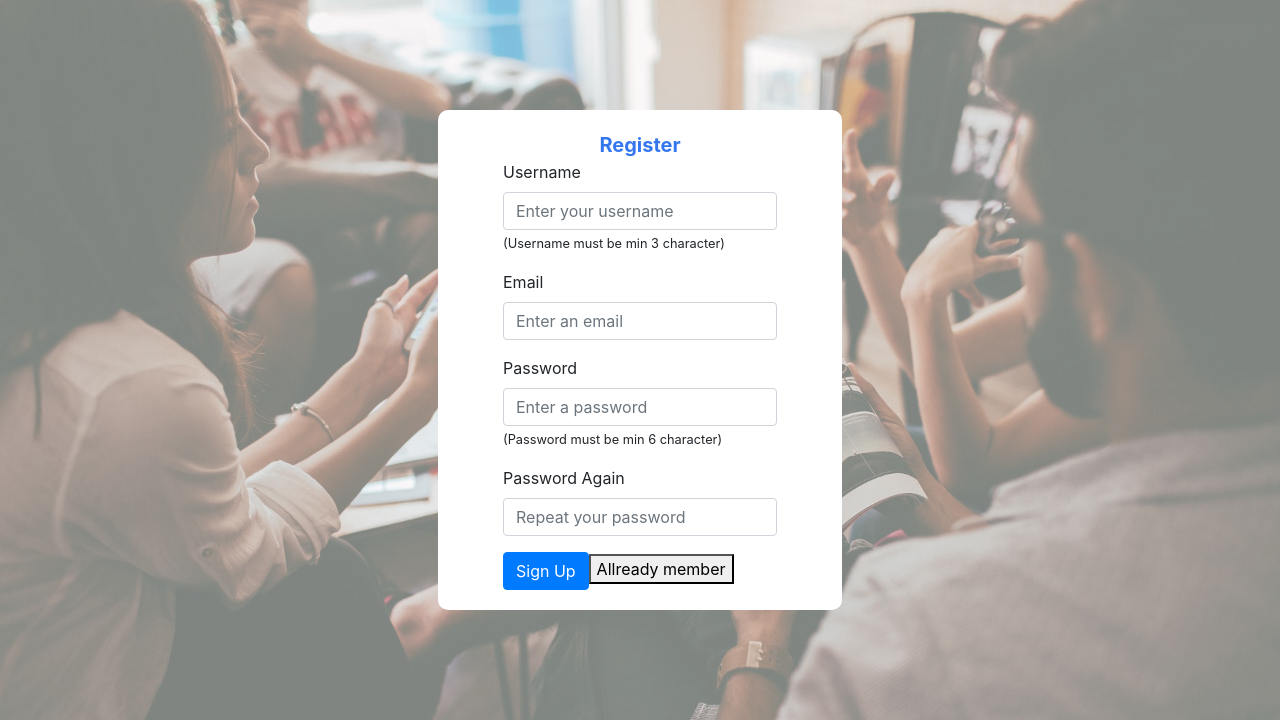
Repository: arafat877/super-chat
Page: /#/register
An editor plug-in stored every save of this project. The page is shown before and after the next save, followed by the edit.
The browser window is 1280 px wide. The pictures show the whole page.
The project was rebuilt for these pictures with package versions that can differ from the ones it lists, and the page was loaded fresh each time. Also part of the build but not shown: src/App.scss, src/pages/login/Login.scss, src/pages/login/Login.js, src/pages/chat/Chat.scss, src/pages/chat/Chat.js, src/pages/profile/Profile.js.

Above is the page before, as saved 2020-08-07 20:50:01.

### public/index.html
<!DOCTYPE html>
<html lang="en">
  <head>
    <meta charset="utf-8" />
    <meta name="viewport" content="width=device-width, initial-scale=1" />
    <meta name="theme-color" content="#000000" />
    <meta
      name="description"
      content="Chat application with node.js, express, react.js, mongoDb and socket.io"
    />
    <link rel="stylesheet" href="styles.css" />
    <link
      rel="stylesheet"
      href="https://maxcdn.bootstrapcdn.com/bootstrap/4.5.0/css/bootstrap.min.css"
      integrity="sha384-9aIt2nRpC12Uk9gS9baDl411NQApFmC26EwAOH8WgZl5MYYxFfc+NcPb1dKGj7Sk"
      crossorigin="anonymous"
    />
    <link
      href="https://fonts.googleapis.com/css2?family=Roboto:wght@100;300;400;500;700;900&display=swap"
      rel="stylesheet"
    />

    <title>Super Chat</title>
  </head>
  <body>
    <noscript>You need to enable JavaScript to run this app.</noscript>
    <div id="root"></div>
  </body>
</html>

### src/App.js
import React, { useContext } from "react";
import {
  HashRouter as Router,
  Route,
  Switch,
  Redirect,
} from "react-router-dom";
import "./App.scss";
import Register from "./pages/register/Register";
import Login from "./pages/login/Login";
import Chat from "./pages/chat/Chat";
import Profile from "./pages/profile/Profile";
import { AuthContextProvider, AuthContext } from "./context/auth/AuthContex";

function App() {
  const { currentUser } = useContext(AuthContext);

  return (
    <AuthContextProvider>
      <Router>
        <Switch>
          <Route exact path={"/"}>
            {currentUser.token === null ? <Register /> : <Chat />}
          </Route>
          <Route path={"/register"}>
            {currentUser.token === null ? <Register /> : <Redirect to="/" />}
          </Route>
          <Route path={"/login"}>
            {currentUser.token === null ? <Login /> : <Redirect to="/" />}
          </Route>
          <Route path={"/chat"}>
            {currentUser.token === null ? <Login /> : <Chat />}
          </Route>
          <Route path={"/profile/:username"}>
            <Profile />
          </Route>
          <Redirect from="*" to="/" />
        </Switch>
      </Router>
    </AuthContextProvider>
  );
}

export default App;

### src/pages/register/Register.js
import React, { useState, useContext } from "react";
import "./Register.scss";
import FormInput from "../../components/formInput/FormInput";
import { AuthContext } from "../../context/auth/AuthContex";
import {registerUser} from "../../apiCalls/authApiCalls";

const Register = () => {
  const [form, setForm] = useState({
    name: "",
    email: "",
    password: "",
  });

  const [validationErrors, setValidationErrors] = useState({
    name: "",
    email: "",
    password: "",
    passwordAgain: "",
  });


  const { isFetching, error, dispatch } = useContext(AuthContext);

  const onChange = (event) => {
    const { name, value } = event.target;
    setForm((previousForm) => ({ ...previousForm, [name]: value }));
  };

  const handleConfirmPassword = (event) => {
    if (event.target.value !== form.password) {
      setValidationErrors({ ...validationErrors, passwordAgain: "Passwords do not match!" });
    } else {
      setValidationErrors({ ...validationErrors, passwordAgain: "" });
    }
  };

  const {name,email,password} = form

  const handleSend = (e) => {
    e.preventDefault();
    registerUser({name,email,password},dispatch)
  };

  return (
    <div className="registerContainer vh-100 d-flex">
      <div className="container appWrapper1 m-auto">
        <div className="row justify-content-center">
          <span className="title">Register</span>
        </div>
        <div className="row justify-content-center">
          <form>
            <FormInput
              label="Username"
              type="text"
              name="name"
              onChange={onChange}
              placeholder="Enter your username"
              small="Username must be min 3 character"
              error={validationErrors.name}
            />
            <FormInput
              label="Email"
              type="email"
              name="email"
              onChange={onChange}
              placeholder="Enter an email"
              error={validationErrors.email}
            />
            <FormInput
              label="Password"
              type="password"
              name="password"
              onChange={onChange}
              placeholder="Enter a password"
              small="Password must be min 6 character"
              error={validationErrors.password}
            />
            <FormInput
              label="Password Again"
              type="password"
              name="passwordAgain"
              onChange={handleConfirmPassword}
              placeholder="Repeat your password"
              error={validationErrors.passwordAgain}
            />
            <button
              type="submit"
              className="btn btn-primary"
              onClick={handleSend}
              disabled={isFetching}
            >
              {isFetching && <span
                className="spinner-grow spinner-grow-sm mr-2"
                role="status"
                aria-hidden="true"
              ></span> }
               Sign Up
            </button>
            <button>Allready member</button>
          </form>
        </div>
      </div>
    </div>
  );
};

export default Register;

### src/context/auth/AuthContex.js
import React, { useEffect, createContext, useReducer } from "react";
import AuthReducer from "./AuthReducer";

const INITIAL_STATE = {
  currentUser: JSON.parse(localStorage.getItem("currentUser")) || {
    _id: null,
    token: null,
    name: null,
    email: null,
    profilePicture: null,
    createdAt: null,
  },
  isFetching: false,
  error: null,
};

export const AuthContext = createContext(INITIAL_STATE);

export const AuthContextProvider = ({ children }) => {
  const [state, dispatch] = useReducer(AuthReducer, INITIAL_STATE);

  useEffect(() => {
    localStorage.setItem("currentUser", JSON.stringify(state.currentUser));
  });

  return (
    <AuthContext.Provider
      value={{
        currentUser: state.currentUser,
        isFetching: state.isFetching,
        error: state.error,
        dispatch,
      }}
    >
      {children}
    </AuthContext.Provider>
  );
};

### src/pages/register/Register.scss
.registerContainer {
  background: linear-gradient(rgba(255,255,255,.5), rgba(255,255,255,.5)), url("../../assets/chat.jpeg");
  background-size: cover;


  .appWrapper1 {
    background-color: white;
    height: auto;
    width: auto;
    padding: 20px 80px 20px 80px;
    border-radius: 10px;

    .title{
        font-weight: 700;
        font-size: 20px;
        color: #3576ef;
    }
  }
}

### src/components/formInput/FormInput.js
import React from "react";
import "./FormInput.scss";

const FormInput = ({ label,type, name, onChange, placeholder, small, error }) => {
  return (
    <>
      <div className="form-group">
        <label>{label}</label>
        <input
          type={type}
          name={name}
          onChange={onChange}
          className="form-control"
          placeholder={placeholder}
        />
        {small && <small>({small})</small>}
      </div>
      {error && (
        <div className="alert alert-danger mt-1 p-1" role="alert">
          {error}
        </div>
      )}
    </>
  );
};

export default FormInput;

### src/apiCalls/authApiCalls.js
import AuthActionTypes from "../context/auth/AuthActionTypes";
import axios from "axios";

export const registerUser = async (credentials, dispatch) => {
  dispatch({ type: AuthActionTypes.AUTH_REGISTER_START });
  try {
    await axios.post("/api/user/register", credentials).then((res) => {
      dispatch({ type: AuthActionTypes.AUTH_REGISTER_SUCCESS });
    });
  } catch (error) {
    dispatch({ type: AuthActionTypes.AUTH_REGISTER_FAILURE, payload: error });
  }
};

export const loginUser = async (credentials, dispatch) => {
  dispatch({ type: AuthActionTypes.AUTH_LOGIN_START });
  try {
    await axios.post("/api/user/login", credentials).then((res) => {
      dispatch({ type: AuthActionTypes.AUTH_LOGIN_SUCCESS, payload: res.data });
      window.location.href = '#/chat';
    });
  } catch (error) {
    dispatch({ type: AuthActionTypes.AUTH_LOGIN_FAILURE, payload: error });
  }
};

### src/context/auth/AuthReducer.js
import AuthActionTypes from "./AuthActionTypes";

const AuthReducer = (state, action) => {
  switch (action.type) {
    case AuthActionTypes.AUTH_REGISTER_START:
      return {
        ...state,
        isFetching: true,
      };
    case AuthActionTypes.AUTH_REGISTER_SUCCESS:
      return {
        ...state,
        isFetching: false,
      };
    case AuthActionTypes.AUTH_REGISTER_FAILURE:
      return {
        ...state,
        isFetching: false,
        error: action.payload,
      };
    case AuthActionTypes.AUTH_LOGIN_START:
      return {
        ...state,
        isFetching: true,
      };
    case AuthActionTypes.AUTH_LOGIN_SUCCESS:
      return {
        ...state,
        currentUser: { ...state.currentUser, ...action.payload },
        isFetching: false,
      };
    case AuthActionTypes.AUTH_LOGIN_FAILURE:
      return {
        ...state,
        isFetching: false,
        error: action.payload,
      };
      case AuthActionTypes.AUTH_LOGOUT_START:
        return {
          ...state,
          isFetching: true,
        };
      case AuthActionTypes.AUTH_LOGOUT_SUCCESS:
        return {
          ...state,
          isFetching: false,
        };
      case AuthActionTypes.AUTH_LOGOUT_FAILURE:
        return {
          ...state,
          isFetching: false,
          error: action.payload,
        };
    default:
      return state;
  }
};

export default AuthReducer;

### src/context/auth/AuthActionTypes.js
const AuthActionTypes = {
    AUTH_REGISTER_START: "AUTH_REGISTER_START",
    AUTH_REGISTER_SUCCESS: "AUTH_REGISTER_SUCCESS",
    AUTH_REGISTER_FAILURE: "AUTH_REGISTER_FAILURE",

    AUTH_LOGIN_START: "AUTH_LOGIN_START",
    AUTH_LOGIN_SUCCESS: "AUTH_LOGIN_SUCCESS",
    AUTH_LOGIN_FAILURE: "AUTH_LOGIN_FAILURE",

    AUTH_LOGOUT_START: "AUTH_LOGOUT_START",
    AUTH_LOGOUT_SUCCESS: "AUTH_LOGOUT_SUCCESS",
    AUTH_LOGOUT_FAILURE: "AUTH_LOGOUT_FAILURE",
}

export default AuthActionTypes;

Loaded but not shown: src/index.js (common file); public/styles.css (common file); src/components/formInput/FormInput.scss (no stored copy; drawn as an empty file); src/pages/profile/Profile.scss (no stored copy; drawn as an empty file)

After the next save:
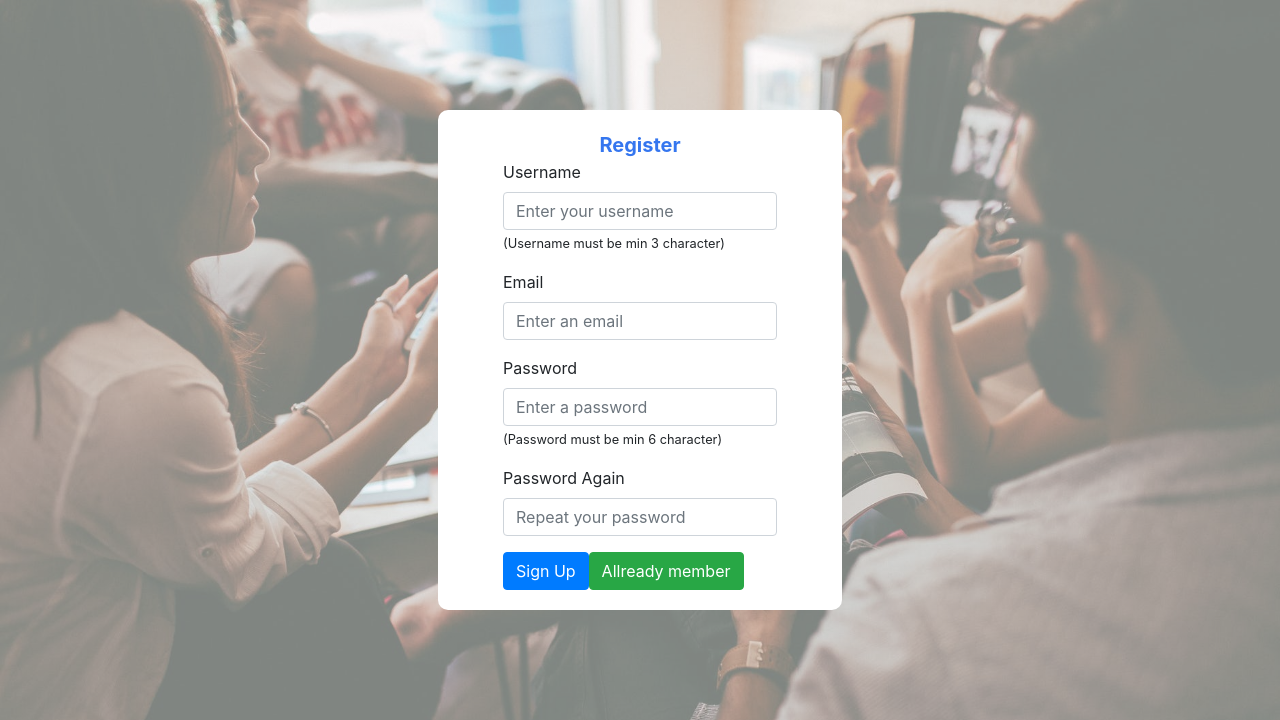
Saved 29 s later.
--- a/src/pages/register/Register.js
+++ b/src/pages/register/Register.js
@@ -96,7 +96,7 @@ const Register = () => {
               ></span> }
                Sign Up
             </button>
-            <button>Allready member</button>
+            <button className="btn btn-success">Allready member</button>
           </form>
         </div>
       </div>
